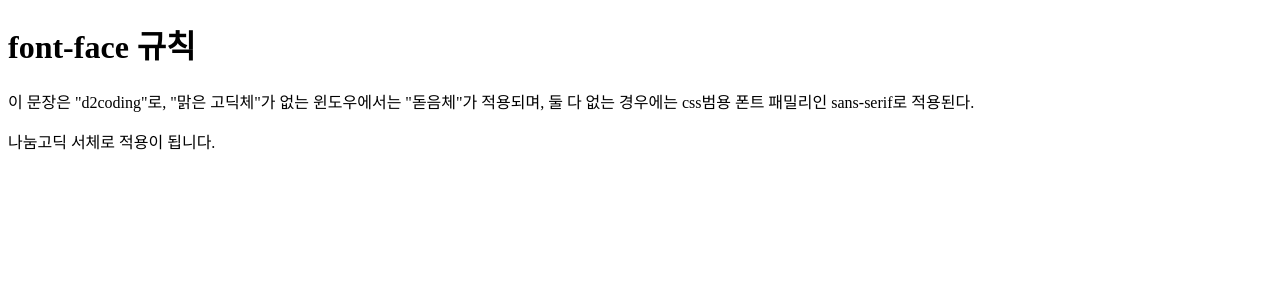
Repository: cussip/SuperHands
Page: WebExam/src/main/webapp/css/fonts/webfont/font-face.html
An editor plug-in stored every save of this project. The page is shown before and after the next save, followed by the edit.
The browser window is 1280 px wide. The pictures show the whole page.
Some web fonts or font styles are not loaded; a fallback is used.

Above is the page before, as saved 2022-01-30 03:13:01.

After the next save:
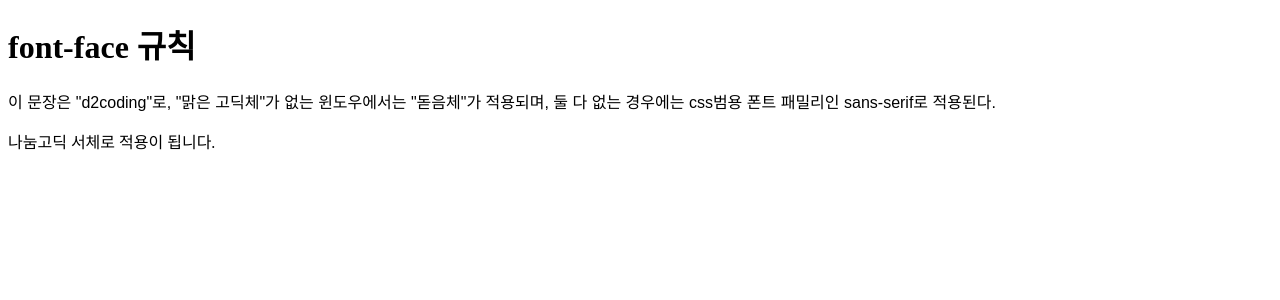
Saved 12 s later.
--- a/WebExam/src/main/webapp/css/fonts/webfont/font-face.html
+++ b/WebExam/src/main/webapp/css/fonts/webfont/font-face.html
@@ -12,7 +12,7 @@
             		url('webfont/NanumGothic.ttf') format('truetype') ;
 		}
 		.font {
-			font-family: "d2coding"", "맑은 고딕", "돋움", sans-serif;
+			font-family: "d2coding", "맑은 고딕", "돋움", sans-serif;
 		}
 		.webFont {
 			font-family: 'Nanum';
